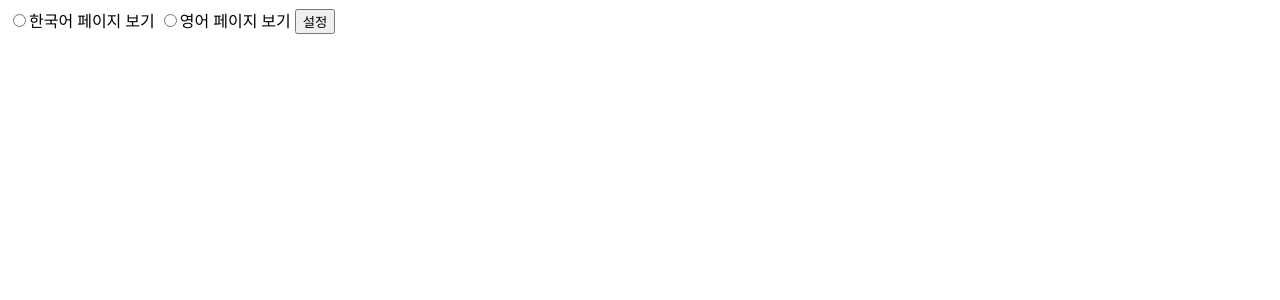
Repository: uhhuhhmm/JSP-Servlet-Class
Page: http://localhost/web02/multiLingual.jsp
An editor plug-in stored every save of this project. The page is shown before and after the next save, followed by the edit.
The browser window is 1280 px wide. The pictures show the whole page.
The page is served by Tomcat 9. Other server files are loaded and not shown.

Above is the page before, as saved 2022-07-14 05:07:42.

### web02/WebContent/multiLingual.jsp
<%@ page language="java" contentType="text/html; charset=UTF-8"
    pageEncoding="UTF-8"%>
<!DOCTYPE html>
<html>
<head>
<meta charset="UTF-8">
<title>Insert title here</title>
</head>
<body>
	<form action="multiLingual" method="post">
		<input type="radio" name="language" value="kr">한국어 페이지 보기
		<input type="radio" name="language" value="eng">영어 페이지 보기
		<input type="submit" value="설정">
	</form>
</body>
</html>

After the next save:
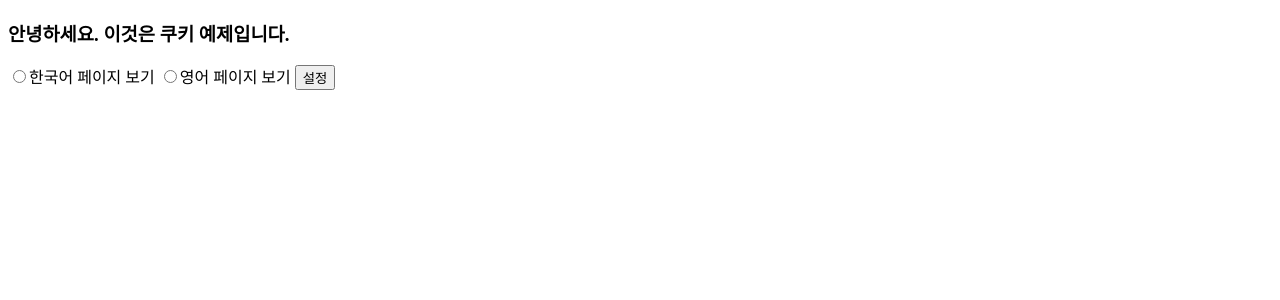
Saved 66 s later.
--- a/web02/WebContent/multiLingual.jsp
+++ b/web02/WebContent/multiLingual.jsp
@@ -7,6 +7,7 @@
 <title>Insert title here</title>
 </head>
 <body>
+	<h3>안녕하세요. 이것은 쿠키 예제입니다.</h3>
 	<form action="multiLingual" method="post">
 		<input type="radio" name="language" value="kr">한국어 페이지 보기
 		<input type="radio" name="language" value="eng">영어 페이지 보기
